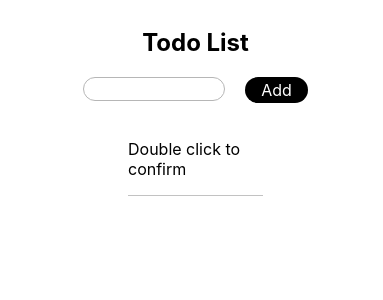
Repository: irenewuu/comp4130_checklist
Page: index.html
These files come from the project's save history. The page is drawn as it stood at one moment and after a run of saves; the edit follows.
The browser window is 375 px wide. The page is 383 px wide, so the pictures cover 383 px, including what lies to the right of the window. The pictures show the whole page.

Above is the page before, as saved 2022-01-12 15:30:45.

After the next 2 saves:
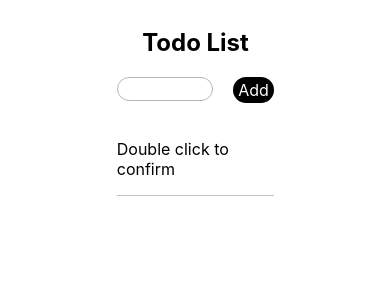
The 2 saves are shown as one change because they came seconds apart.
The last was saved 22 s later.
--- a/style.css
+++ b/style.css
@@ -8,7 +8,7 @@ body {
 }
 
 .main {
-  width: 60%;
+  width: 70%;
   height: 50%;
   display: flex;
   flex-direction: column;
@@ -118,7 +118,7 @@ ul li.checked::before {
 
 @media only screen and (max-width: 600px) {
   .input {
-    width: 100%;
+    width: 60%;
     display: flex;
     justify-content: center;
   }
